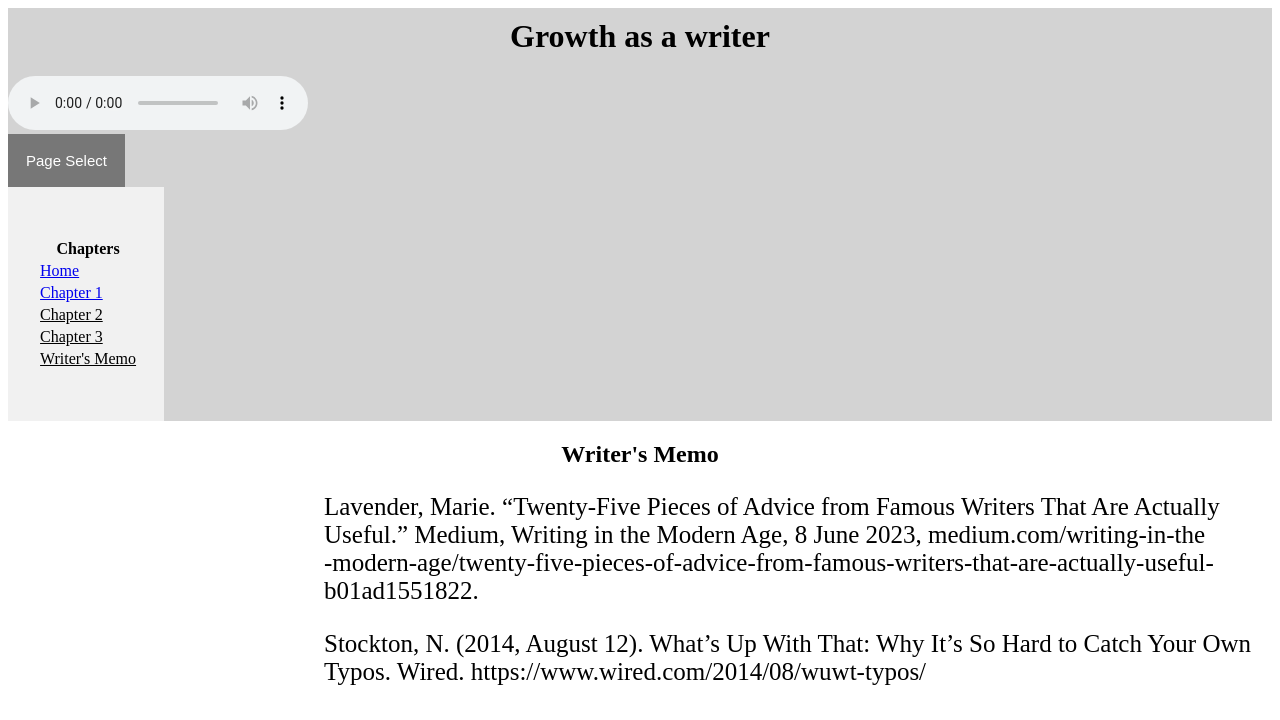
Repository: jpaisiem/WP-4
Page: WorksCited.html
An editor plug-in stored every save of this project. The page is shown before and after a run of saves, followed by the edit.
The browser window is 1280 px wide. The pictures show the whole page.

Above is the page before, as saved 2025-05-01 12:08:48.
Console error: TypeError: Cannot read properties of undefined (reading 'toggle')

After the next 3 saves:
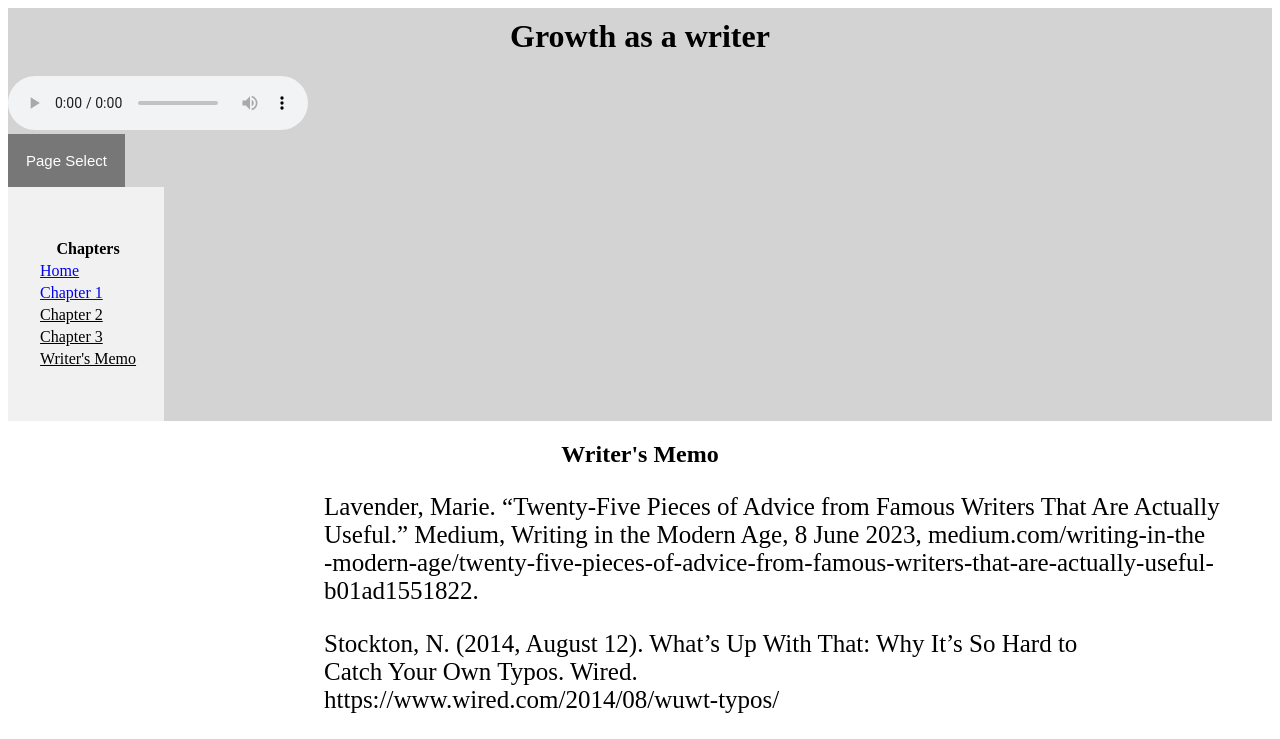
The 3 saves are shown as one change because they came seconds apart.
The last was saved 10 s later.
--- a/WorksCited.html
+++ b/WorksCited.html
@@ -86,9 +86,9 @@ li
     b01ad1551822.<br>
 </p>
 <p>
-  Stockton, N. (2014, August 12). What’s Up With That: Why It’s So Hard to
-  Catch Your Own Typos. Wired.
-  https://www.wired.com/2014/08/wuwt-typos/
+  Stockton, N. (2014, August 12). What’s Up With That: Why It’s So Hard to <br>
+  Catch Your Own Typos. Wired. <br>
+  https://www.wired.com/2014/08/wuwt-typos/<br>
 </p>
 </div>
 <script>
